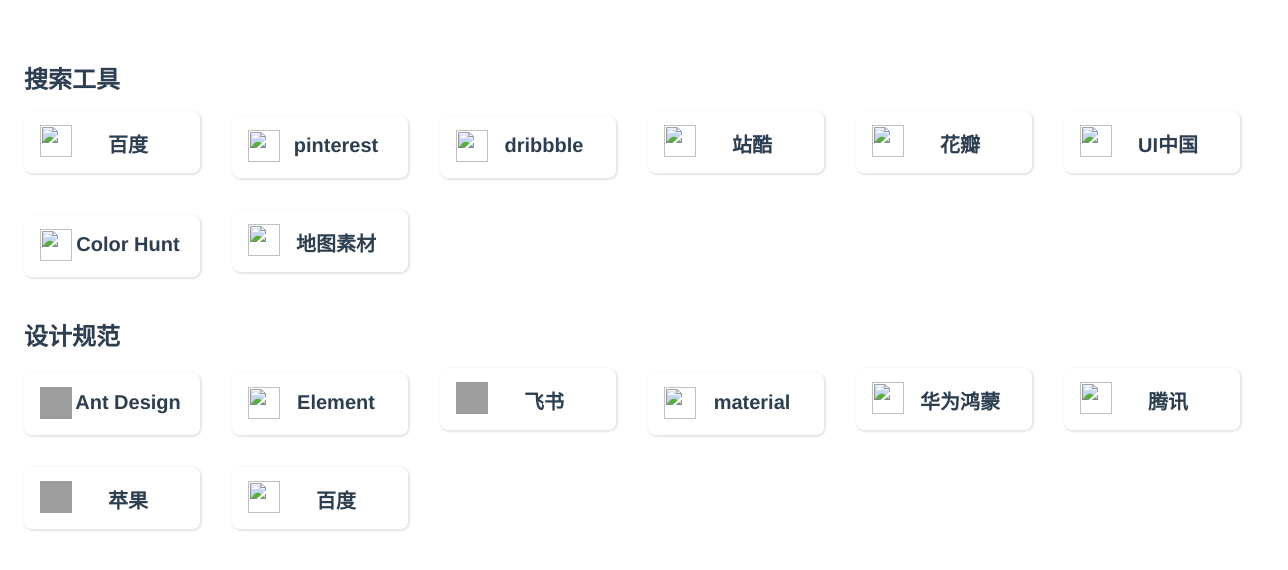
Repository: LiuZixu-aurelio/collection
Page: /
The author's editor kept a copy of each file at every save. The page is drawn from the files as they stood at one save, then again after the next save.
The browser window is 1280 px wide. The page is 1288 px wide, so the pictures cover 1288 px, including what lies to the right of the window. The pictures show the whole page.
Pictures or frames that could not be fetched are drawn as grey boxes. The project was rebuilt for these pictures with package versions that can differ from the ones it lists, and the page was loaded fresh each time.

Above is the page before, as saved 2022-06-22 15:51:34.

After the next save:
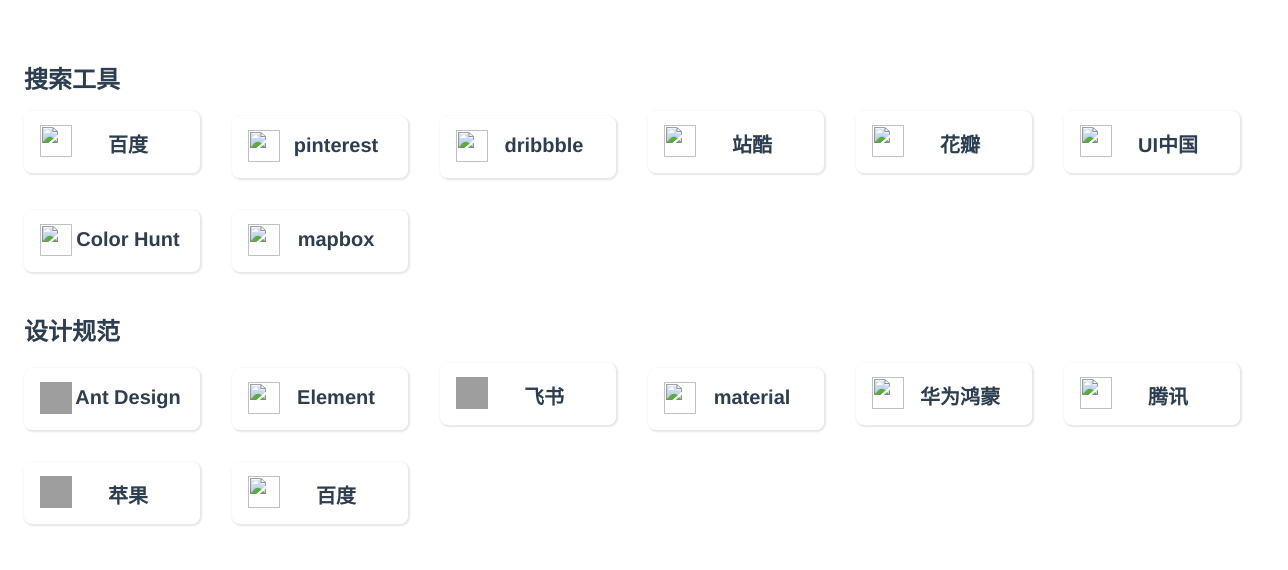
Saved 18 s later.
--- a/src/components/HelloWorld.vue
+++ b/src/components/HelloWorld.vue
@@ -9,7 +9,7 @@
       <Card class='card' msg="花瓣" web="https://huaban.com/" logo="https://huaban.com/favicon.ico"/>
       <Card class='card' msg="UI中国" web="https://www.ui.cn/" logo="https://www.ui.cn/favicon.ico"/>
       <Card class='card' msg="Color Hunt" web="https://colorhunt.co/" logo="https://colorhunt.co/img/colorhunt-favicon.svg?2"/>
-      <Card class='card' msg="地图素材" web="https://api.mapbox.com/styles/v1/mapbox/light-v10.html?title=true&access_token=pk.eyJ1IjoibWFwYm94IiwiYSI6ImNpejY4M29iazA2Z2gycXA4N2pmbDZmangifQ.-g_vE53SD2WrJ6tFX7QHmA#13.52/47.50887/19.08254" logo="https://static-assets.mapbox.com/branding/favicon/v1/favicon.ico?v=gAd4JjrGWl"/>
+      <Card class='card' msg="mapbox" web="https://api.mapbox.com/styles/v1/mapbox/light-v10.html?title=true&access_token=pk.eyJ1IjoibWFwYm94IiwiYSI6ImNpejY4M29iazA2Z2gycXA4N2pmbDZmangifQ.-g_vE53SD2WrJ6tFX7QHmA#13.52/47.50887/19.08254" logo="https://static-assets.mapbox.com/branding/favicon/v1/favicon.ico?v=gAd4JjrGWl"/>
 
 
       <h2>设计规范</h2>
